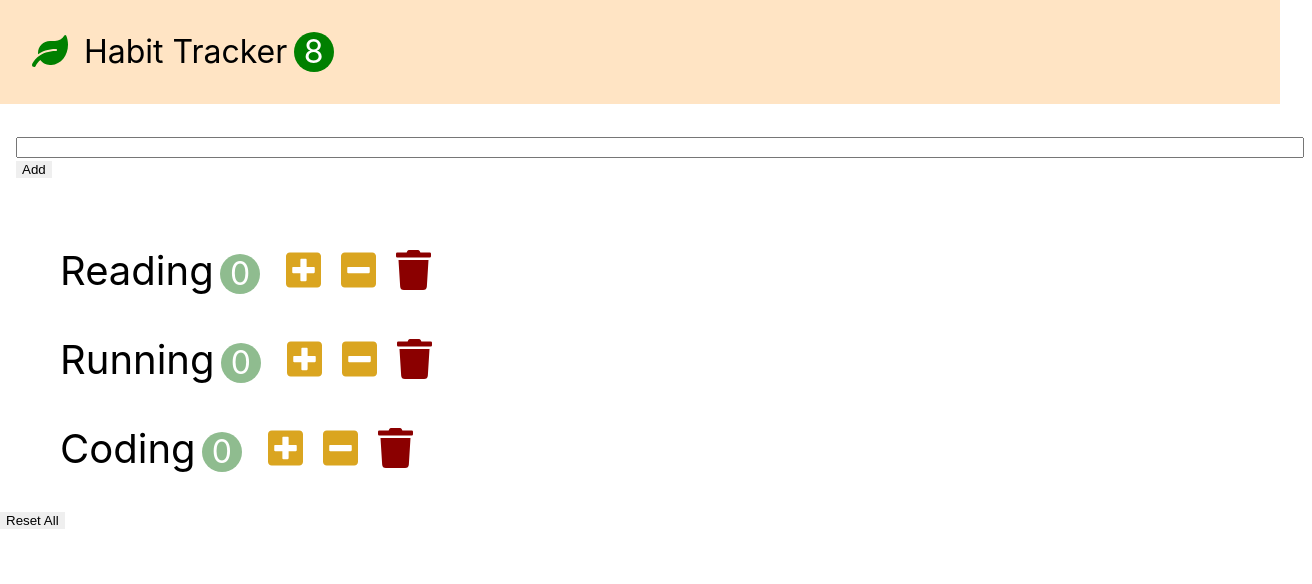
Repository: keehoonjung/react-habit-tracker
Page: / (app in react/habit-tracker/)
An editor plug-in stored every save of this project. The page is shown before and after the next save, followed by the edit.
The browser window is 1280 px wide. The page is 1312 px wide, so the pictures cover 1312 px, including what lies to the right of the window. The pictures show the whole page.
The project was rebuilt for these pictures with package versions that can differ from the ones it lists, and the page was loaded fresh each time.

Above is the page before, as saved 2021-08-30 18:34:03.

### react/habit-tracker/public/index.html
<!DOCTYPE html>
<html lang="en">
  <head>
    <meta charset="utf-8" />
    <link rel="icon" href="%PUBLIC_URL%/favicon.ico" />
    <meta name="viewport" content="width=device-width, initial-scale=1" />
    <meta name="theme-color" content="#000000" />
    <meta
      name="description"
      content="Web site created using create-react-app"
    />
    <link rel="apple-touch-icon" href="%PUBLIC_URL%/logo192.png" />
    <title>App</title>
  </head>
  <body>
    <noscript>You need to enable JavaScript to run this app.</noscript>
    <div id="root"></div>
  </body>
</html>

### react/habit-tracker/src/app.jsx
import React, { Component } from "react";
import "./app.css";
import Habits from "./components/habits";

class App extends Component {
  state = {
    count: 0,
  };
  render() {
    return (
      <>
        <nav className="header">
          <i className="fas fa-leaf"></i>
          <span className="header-title">Habit Tracker</span>
          <span className="header-count">8</span>
        </nav>
        <div className="input-container">
          <input type="text" className="input" />
          <button className="habit-input">Add</button>
        </div>
        <Habits />
        <button className="reset-button">Reset All</button>
      </>
    );
  }
}

export default App;

### react/habit-tracker/src/app.css
button {
  outline: none;
  border: 0;
  cursor: pointer;
}

.header {
  background-color: bisque;
  font-size: 2rem;
  padding: 2rem 2rem;
}

.fa-leaf {
  color: green;
  margin-right: 1rem;
}

.header-count {
  display: inline-block;
  text-align: center;
  width: 2.5rem;
  height: 2.5rem;
  line-height: 2.5rem;
  font-size: 2rem;
  margin-left: 0.2em;
  margin-right: 0.5em;
  background-color: green;
  color: white;
  border-radius: 50%;
}

.input-container {
  width: 100%;
  padding: 2rem 1rem;
}

.input {
  width: 100%;
  size: 2rem;
}

.habit {
  font-size: 2.5rem;
  padding: 0.5em;
  list-style: none;
}

.habit-count {
  display: inline-block;
  text-align: center;
  width: 2.5rem;
  height: 2.5rem;
  line-height: 2.5rem;
  font-size: 2rem;
  margin-left: 0.2em;
  margin-right: 0.5em;
  background-color: darkseagreen;
  color: white;
  border-radius: 50%;
}

.habit-button {
  font-size: 2.5rem;
  margin: 0 0.1em;
  background-color: transparent;
}

.habit-button:hover {
  opacity: 0.8;
}

.habit-increase,
.habit-decrease {
  color: goldenrod;
}

.habit-delete {
  color: darkred;
}

### react/habit-tracker/src/components/habits.jsx
import React, { Component } from "react";
import Habit from "./habit";

class Habits extends Component {
  state = {
    habits: [
      { id: 1, name: "Reading", count: 0 },
      { id: 2, name: "Running", count: 0 },
      { id: 3, name: "Coding", count: 0 },
    ],
  };

  handleIncrement = (habit) => {
    const habits = [...this.state.habits];
    const index = habits.indexOf(habit);
    habits[index].count++;
    this.setState({ habits });
  };
  handledecrement = (habit) => {
    const habits = [...this.state.habits];
    const index = habits.indexOf(habit);
    const count = habits[index].count - 1;
    habits[index].count = count < 0 ? 0 : count;
    this.setState({ habits });
  };
  handleDelete = (habit) => {
    const habits = this.state.habits.filter((item) => item.id !== habit.id);
    this.setState({ habits });
  };
  render() {
    return (
      <ul>
        {this.state.habits.map((habit) => (
          <Habit
            key={habit.id}
            habit={habit}
            OnhandleIncrement={this.handleIncrement}
            Onhandledecrement={this.handledecrement}
            OnhandleDelete={this.handleDelete}
          />
        ))}
      </ul>
    );
  }
}

export default Habits;

### react/habit-tracker/src/components/habit.jsx
import React, { Component } from "react";

class Habit extends Component {
  handleIncrement = () => {
    // this.setState({ count: this.state.count + 1 });
    this.props.OnhandleIncrement(this.props.habit);
  };

  handledecrement = () => {
    this.props.Onhandledecrement(this.props.habit);
  };
  handleDelete = () => {
    this.props.OnhandleDelete(this.props.habit);
  };
  render() {
    const { name, count } = this.props.habit;
    return (
      <li className="habit">
        <span className="habit-name">{name}</span>
        <span className="habit-count">{count}</span>
        <button
          className="habit-button habit-increase"
          onClick={this.handleIncrement}
        >
          <i className="fas fa-plus-square"></i>
        </button>
        <button
          className="habit-button habit-decrease"
          onClick={this.handledecrement}
        >
          <i className="fas fa-minus-square"></i>
        </button>
        <button
          className="habit-button habit-delete"
          onClick={this.handleDelete}
        >
          <i className="fas fa-trash"></i>
        </button>
      </li>
    );
  }
}

export default Habit;

Loaded but not shown: react/habit-tracker/src/index.js (common file); react/habit-tracker/src/index.css (common file)

After the next save:
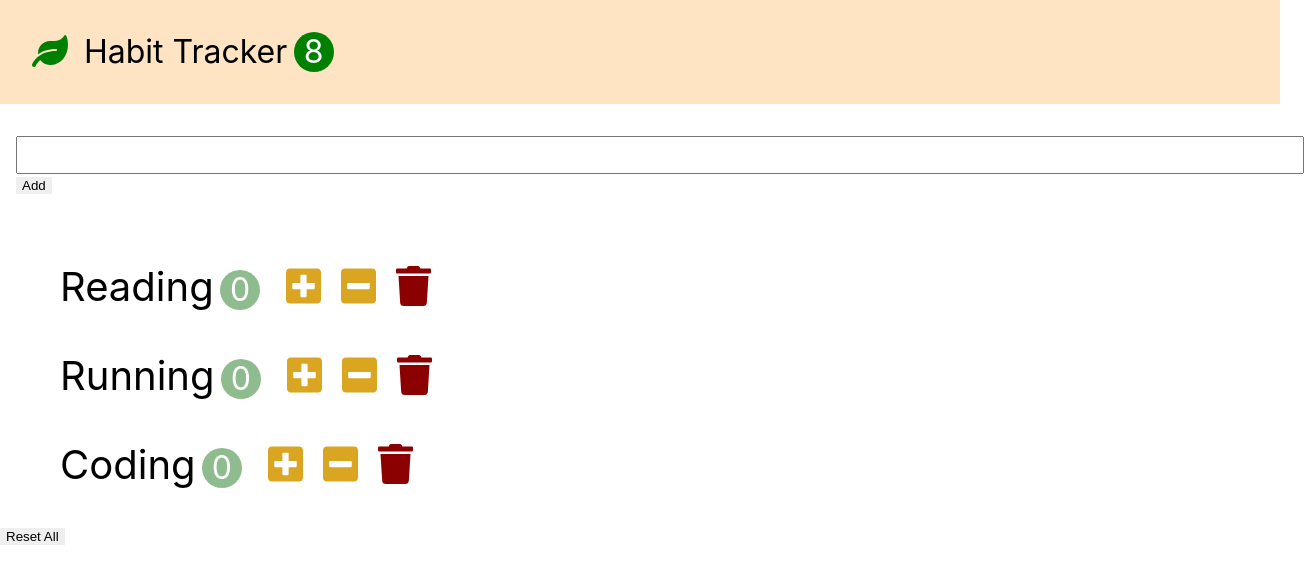
Saved 9 s later.
--- a/react/habit-tracker/src/app.css
+++ b/react/habit-tracker/src/app.css
@@ -36,7 +36,7 @@ button {
 
 .input {
   width: 100%;
-  size: 2rem;
+  height: 2rem;
 }
 
 .habit {
